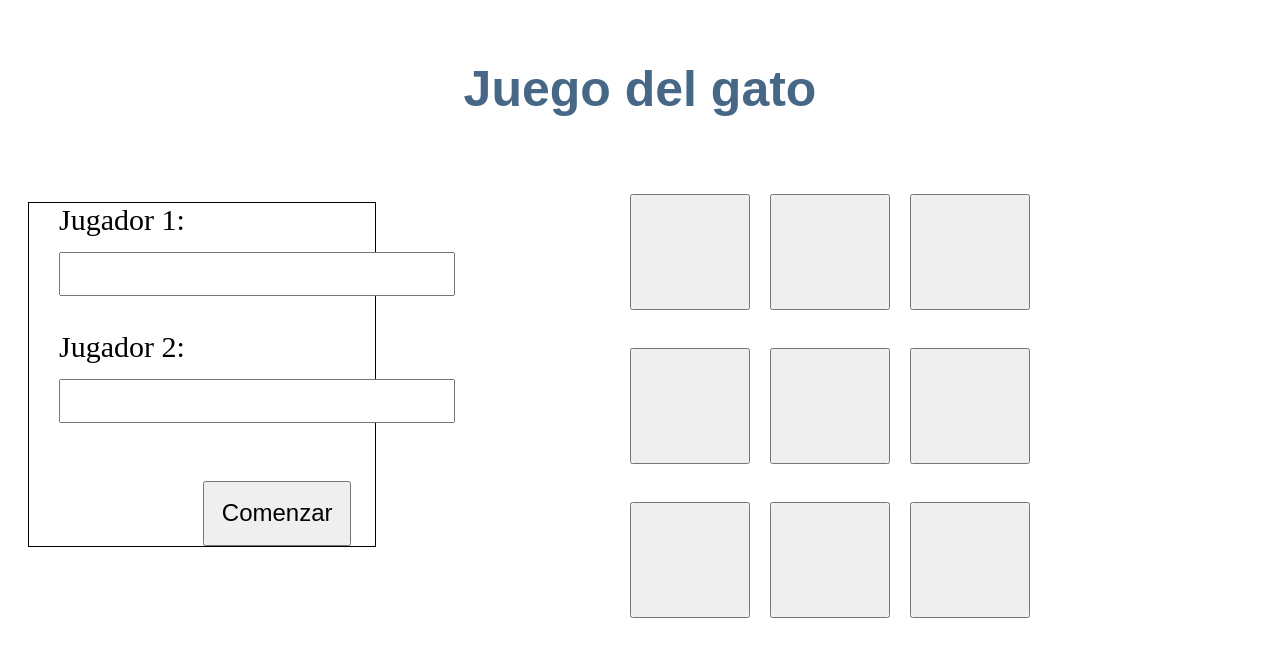
Repository: franciscamanquecheo/Taller-2
Page: / (app in vite-project/)
An editor plug-in stored every save of this project. The page is shown before and after the next save, followed by the edit.
The browser window is 1280 px wide. The pictures show the whole page.
The project was rebuilt for these pictures with package versions that can differ from the ones it lists, and the page was loaded fresh each time. Also part of the build but not shown: vite-project/vite.config.ts.

Above is the page before, as saved 2022-06-17 18:07:14.

After the next save:
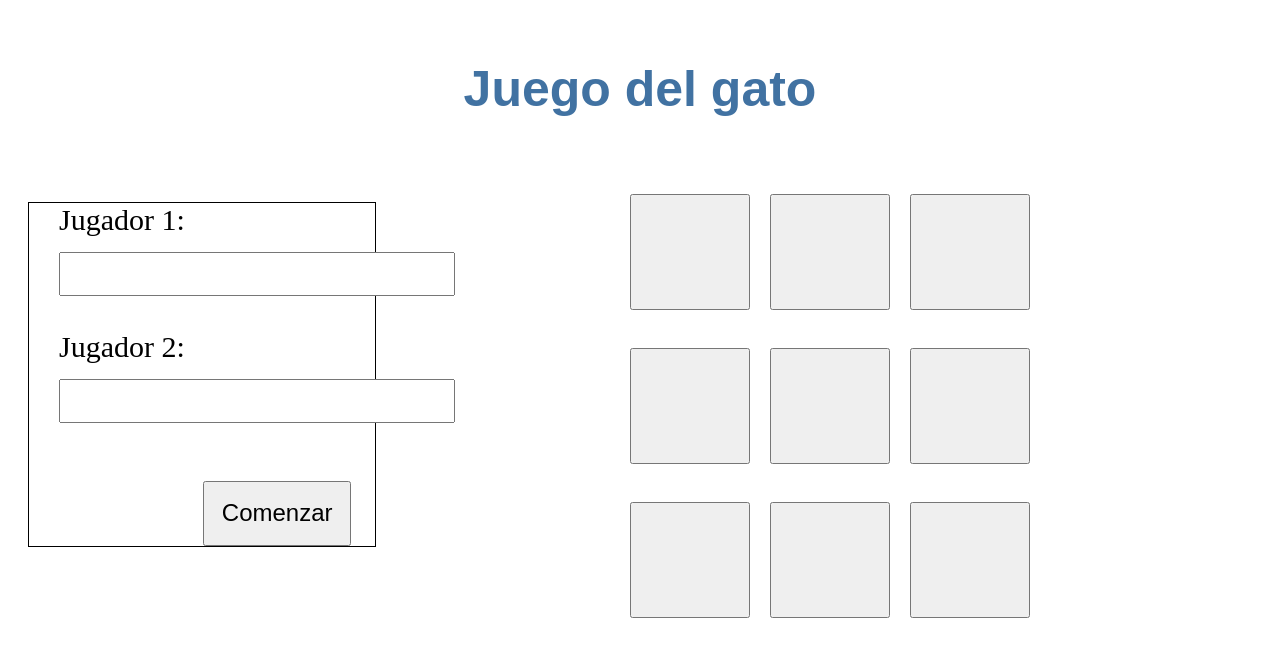
Saved 4 s later.
--- a/vite-project/src/App.vue
+++ b/vite-project/src/App.vue
@@ -52,7 +52,7 @@ h1 {
   -webkit-font-smoothing: antialiased;
   -moz-osx-font-smoothing: grayscale;
   text-align: center;
-  color: #476787;
+  color: #4172a2;
   margin-top: 60px;
   font-size: 50px;
 }
